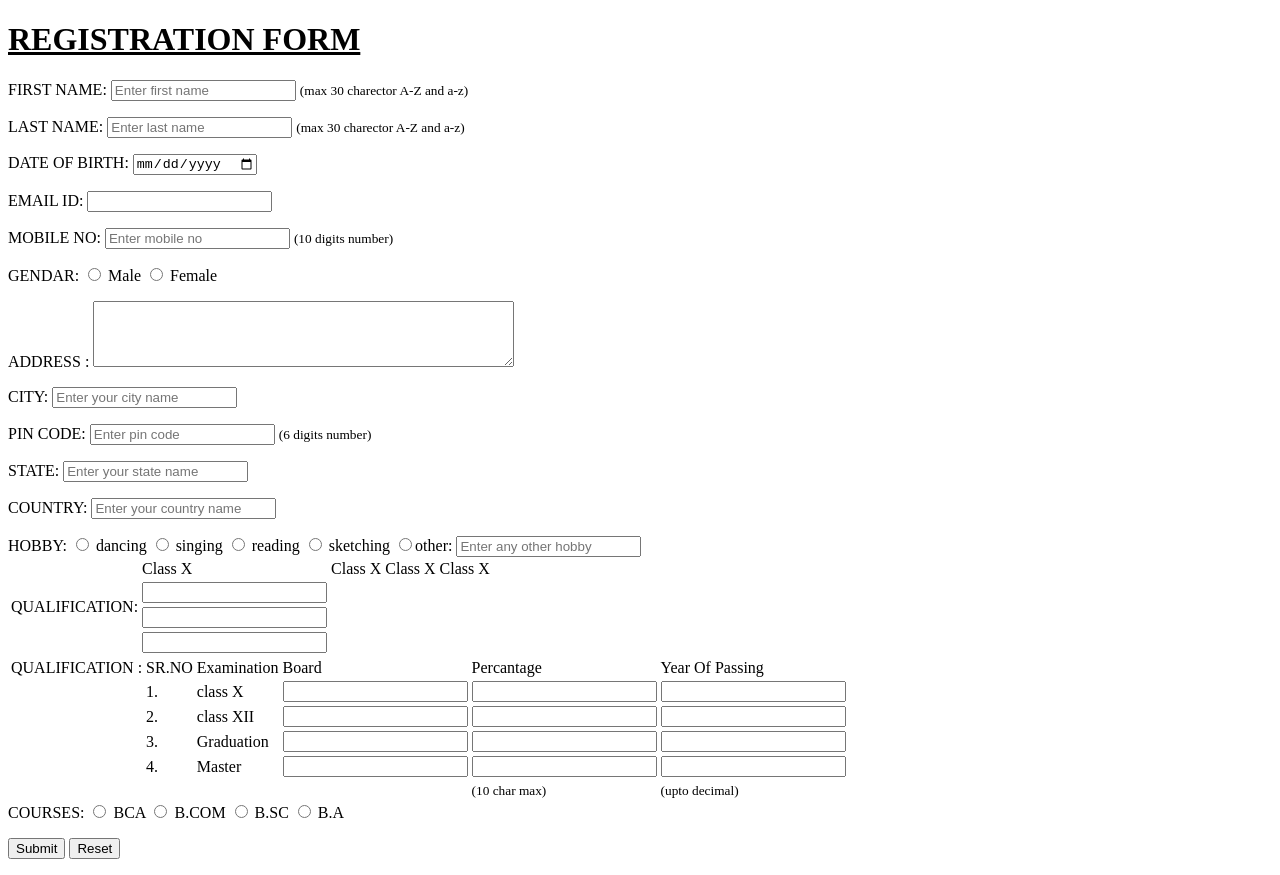
Repository: MintuKrishnan/subrahmanyam-batch
Page: front-end/html/form.html
These files come from the project's save history. The page is drawn as it stood at one moment and after the next save; the edit follows.
The browser window is 1280 px wide. The pictures show the whole page.

Above is the page before, as saved 2021-02-26 14:49:50.

After the next save:
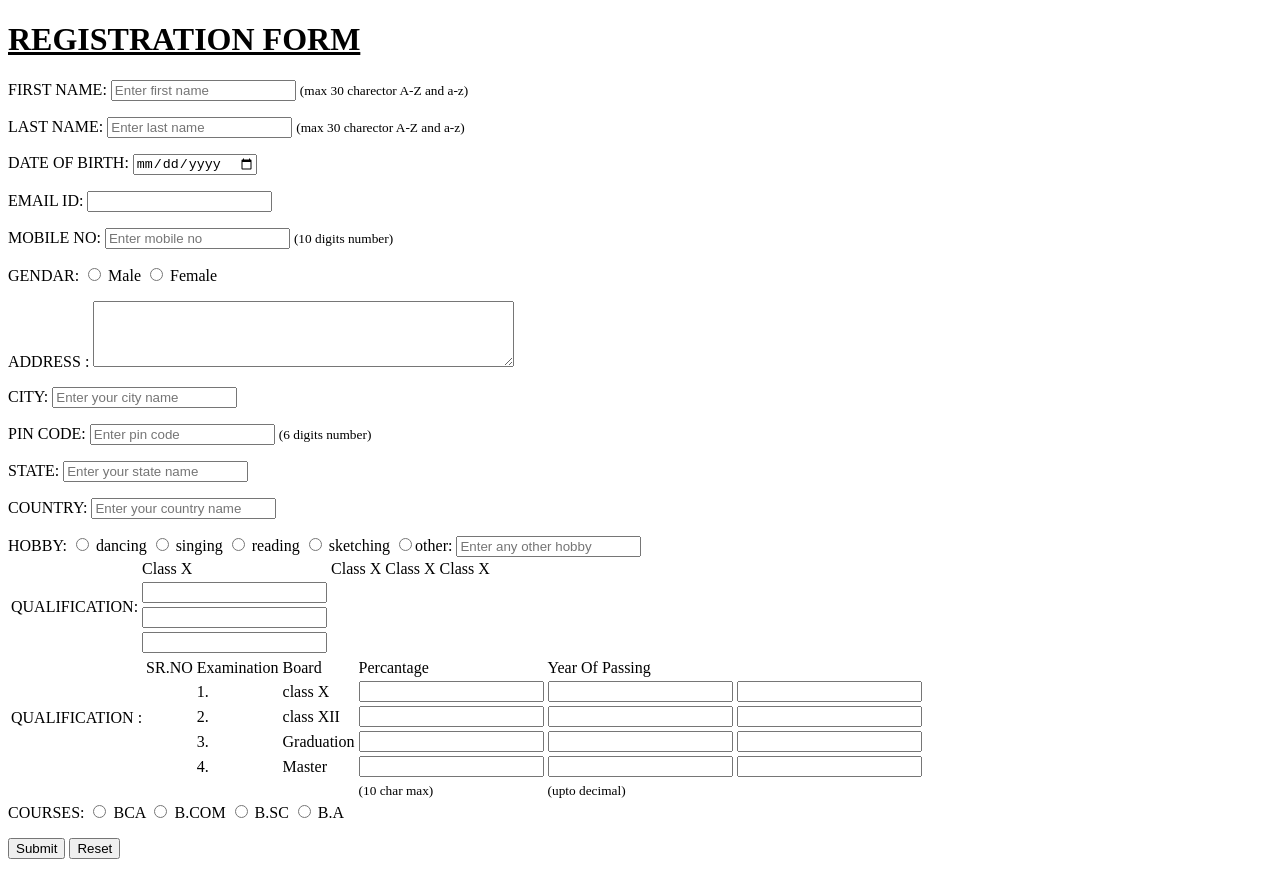
Saved 69 s later.
--- a/front-end/html/form.html
+++ b/front-end/html/form.html
@@ -90,14 +90,14 @@
     <table>
         <thead>
             <tr>
-            <td rowspan="5">QUALIFICATION :</td>
-            <td>SR.NO</td>
-            <td>Examination</td>
-            <td>Board</td>
-            <td>Percantage</td>
-            <td>Year Of Passing</td>
-        </tr>
-        </thead>
+                <td rowspan="5">QUALIFICATION :</td>
+                <td>SR.NO</td>
+                <td>Examination</td>
+                <td>Board</td>
+                <td>Percantage</td>
+                <td>Year Of Passing</td>
+            </tr>
+
         <tr>
             <td></td>
             <td>1.</td>
@@ -138,7 +138,7 @@
             <td><small>(10 char max)</small></td>
             <td><small>(upto decimal)</small></td>
         </tr>
-        <tfoot></tfoot>
+    </thead>
     </table>
 
 
